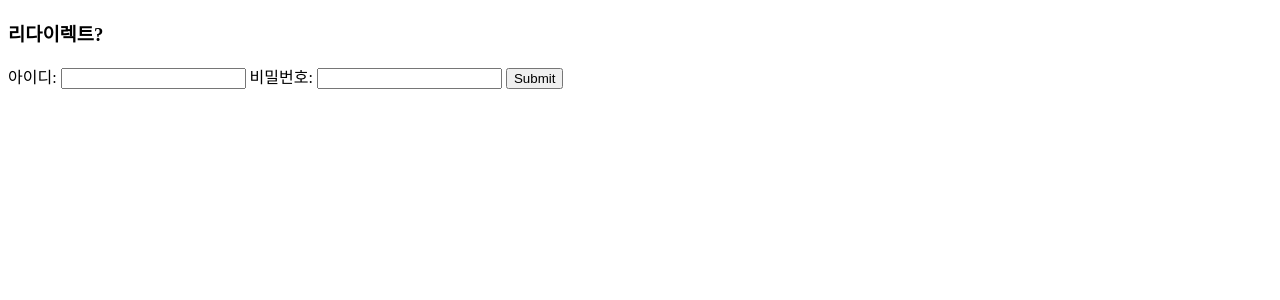
Repository: FORrri/SpringBasic
Page: http://localhost/SpringBasic/response/login
An editor plug-in stored every save of this project. The page is shown before and after the next save, followed by the edit.
The browser window is 1280 px wide. The pictures show the whole page.
The page is served by Tomcat 9. Other server files are loaded and not shown.

Above is the page before, as saved 2024-08-02 03:49:50.

### SpringBasic/src/main/webapp/WEB-INF/views/response/login.jsp
<%@ page language="java" contentType="text/html; charset=UTF-8"
    pageEncoding="UTF-8"%>
<!DOCTYPE html>
<html>
<head>
<meta charset="UTF-8">
<title>Insert title here</title>
</head>
<body>

	<h3>리다이렉트?</h3>

	<form action="loginForm" method="post">
		아이디: <input type="text" name="id">
		비밀번호: <input type="password" name="pw">
		<input type="submit">
	</form>

	${msg }

</body>
</html>

After the next save:
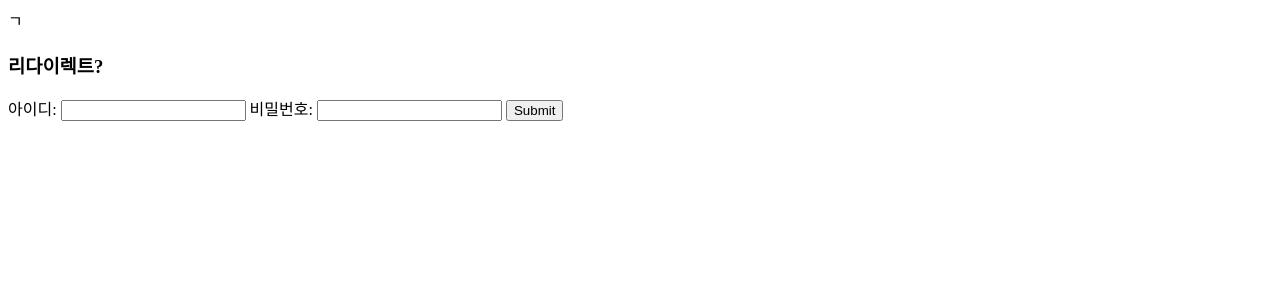
Saved 76 min 35 s later.
--- a/SpringBasic/src/main/webapp/WEB-INF/views/response/login.jsp
+++ b/SpringBasic/src/main/webapp/WEB-INF/views/response/login.jsp
@@ -7,7 +7,7 @@
 <title>Insert title here</title>
 </head>
 <body>
-
+	ㄱ
 	<h3>리다이렉트?</h3>
 
 	<form action="loginForm" method="post">
